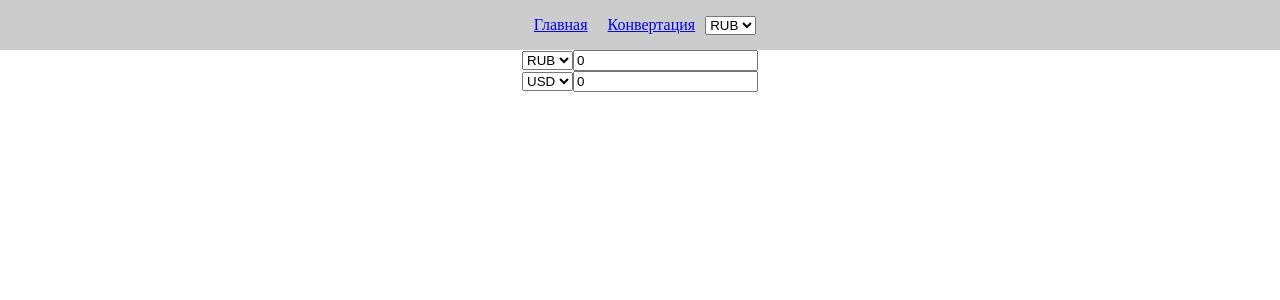
Repository: Friend689/vite-vue-currency-conversion
Page: /convert
An editor plug-in stored every save of this project. The page is shown before and after the next save, followed by the edit.
The browser window is 1280 px wide. The pictures show the whole page.
The page's requests for data from a server got no answer. The project was rebuilt for these pictures with package versions that can differ from the ones it lists, and the page was loaded fresh each time. No one was signed in, and anything a server would have sent is missing. Also part of the build but not shown: vite.config.js, src/views/Main.vue.

Above is the page before, as saved 2024-09-03 19:46:19.

### src/main.js
import { createApp } from 'vue'
import './style.css'
import App from './App.vue';
import router from './router';

createApp(App).use(router).mount('#app')

### src/style.css
* {
	box-sizing: border-box;
}

html, body, div, span, applet, object, iframe,
h1, h2, h3, h4, h5, h6, p, blockquote, pre,
a, abbr, acronym, address, big, cite, code,
del, dfn, em, img, ins, kbd, q, s, samp,
small, strike, strong, sub, sup, tt, var,
b, u, i, center,
dl, dt, dd, ol, ul, li,
fieldset, form, label, legend,
table, caption, tbody, tfoot, thead, tr, th, td,
article, aside, canvas, details, embed,
figure, figcaption, footer, header, hgroup,
menu, nav, output, ruby, section, summary,
time, mark, audio, video {
	margin: 0;
	padding: 0;
	border: 0;
	font-size: 100%;
	font: inherit;
	vertical-align: baseline;
}

html, body, #app {
	height: 100vh;
	width: 100vw;
}
/* HTML5 display-role reset for older browsers */
article, aside, details, figcaption, figure,
footer, header, hgroup, menu, nav, section {
	display: block;
}
body {
	line-height: 1;
}
ol, ul {
	list-style: none;
}
blockquote, q {
	quotes: none;
}
blockquote:before, blockquote:after,
q:before, q:after {
	content: '';
	content: none;
}
table {
	border-collapse: collapse;
	border-spacing: 0;
}

main {
	width: 100%;
  height: 100%;
}

.h-100 {
	height: 100%;
}

### src/App.vue
<script setup>
import { ref, onMounted } from "vue";
import Header from "@/components/ui/Header.vue";

const rates = ref({});
const currencies = ref(['USD', 'EUR', 'RUB']);
const selectedCurrency = ref('RUB');

const changeCurrency = (currency) => {
  selectedCurrency.value = currency;
  getCurrencies();
};

const getCurrencies = () => {
  fetch("https://status.neuralgeneration.com/api/currency")
    .then(response => response.json())
    .then(data => {
      rates.value = {};
      for (const pair in data) {
        const [from, to] = pair.split('-');
        if (from === selectedCurrency.value.toLowerCase()) {
          rates.value[to] = data[pair].toFixed(2);
        } else if (to === selectedCurrency.value.toLowerCase()) {
          rates.value[from] = (1 / data[pair]).toFixed(2);
        }
      }
    });
}

onMounted(() => {
  getCurrencies();
})
</script>

<template>
  <div class="main-wrap">
    <Header @change-currency="changeCurrency" />
    <main>
      <router-view :rates="rates" :currencies="currencies" />
    </main>
  </div>
</template>

<style scoped>
.main-wrap {
  /* height: 100%; */
  display: flex;
  flex-direction: column;
}

main {
  flex-grow: 1;
}
</style>

### src/router/index.js
import { createRouter, createWebHistory } from 'vue-router'

import Main from '@/views/Main.vue';
import Convert from '@/views/Convert.vue';


const routes = [
  { path: '/', component: Main },
  { path: '/convert', component: Convert },
]

export default createRouter({
  history: createWebHistory(),
  routes,
})

### src/components/ui/Header.vue
<script setup>
import { ref } from "vue";

const currencies = ref(["USD", "EUR", "RUB"]);
const selectedCurrency = ref("RUB");

const emit = defineEmits(["change-currency"])

const changeCurrency = () => {
  emit("change-currency", selectedCurrency.value)
}

</script>

<template>
  <header>
    <router-link to="/">Главная</router-link>
    <router-link to="/convert">Конвертация</router-link>
    <select v-model="selectedCurrency" @change="changeCurrency">
      <option v-for="currency in currencies" :key="currency" :value="currency">{{ currency }}</option>
    </select>
  </header>
</template>

<style scoped>
header {
  height: 50px;
  background-color: #ccc;
  display: flex;
  align-items: center;
  justify-content: center;
  padding: 0 10px;
}
header a {
  margin: 0 10px;
}
</style>

### src/views/Convert.vue
<script setup>
import { ref } from "vue";

const props = defineProps([
  "currencies",
  "rates"
]);

const fromCurrency = ref('RUB');
const toCurrency = ref('USD');
const fromValue = ref(0);
const toValue = ref(0);
const error = ref('');

const convert = () => {
  if (isNaN(fromValue.value) || isNaN(toValue.value)) {
    error.value = "Пожалуйста, введите числовое значение";
    return;
  }
  const fromRate = props.rates[fromCurrency];
  const toRate = props.rates[toCurrency];
  if (fromValue) {
    toValue.value = (fromValue.value / fromRate) * toRate;
  } else {
    fromValue.value = (toValue.value / toRate) * fromRate;
  }
  toValue.value = Number(toValue.value.toFixed(2));
  fromValue.value = Number(fromValue.value.toFixed(2));
  error.value = "";
}
</script>

<template>
  <div class="page-convert">
    <form>
      <div>
        <select v-model="fromCurrency">
          <option v-for="currency in currencies" :key="currency" :value="currency">{{ currency }}</option>
        </select>
        <input type="number" v-model="fromValue" @input="convert" />
      </div>
      <div>
        <select v-model="toCurrency">
          <option v-for="currency in currencies" :key="currency" :value="currency">{{ currency }}</option>
        </select>
        <input type="number" v-model="toValue" @input="convert" />
      </div>
    </form>
    <p v-if="error">{{ error }}</p>
  </div>
</template>

<style scoped>
.page-convert {}
form {
  display: flex;
  flex-direction: column;
  align-items: center;
}
</style>

Loaded but not shown: index.html (common file)

After the next save:
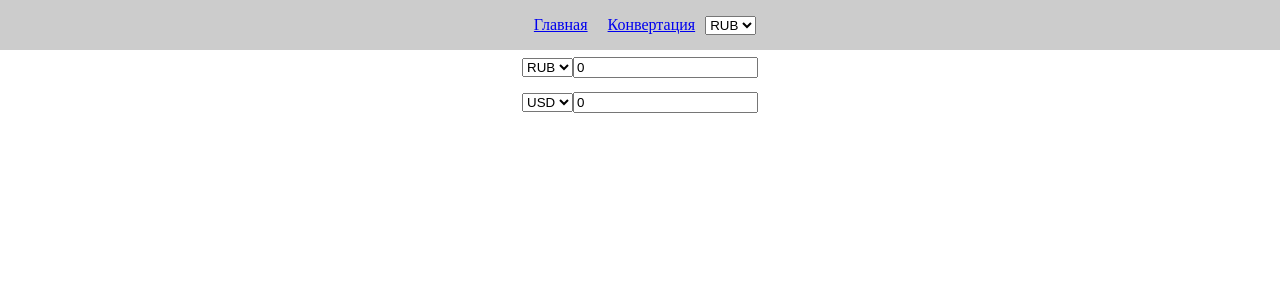
Saved 27 s later.
--- a/src/views/Convert.vue
+++ b/src/views/Convert.vue
@@ -57,4 +57,8 @@ form {
   flex-direction: column;
   align-items: center;
 }
+
+form div {
+  margin: 7px;
+}
 </style>
